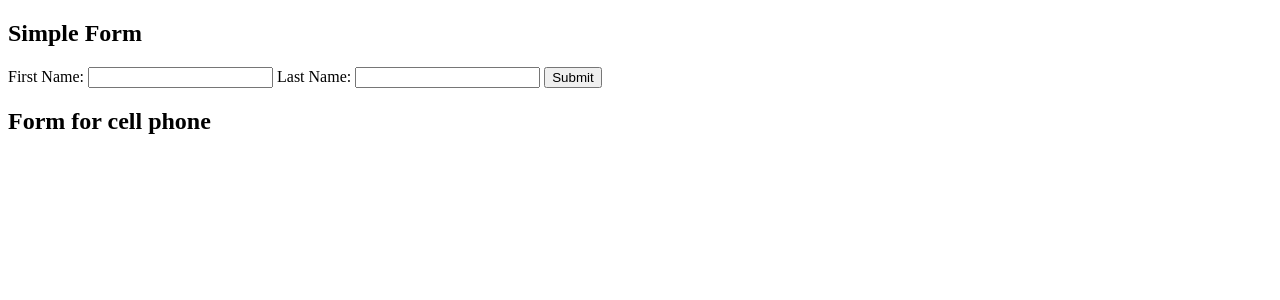
Repository: TheTroyPhillips/Block14
Page: Coursework/Block10/index.html
The author's editor kept a copy of each file at every save. The page is drawn from the files as they stood at one save, then again after a run of saves.
The browser window is 1280 px wide. The pictures show the whole page.

Above is the page before, as saved 2023-09-07 19:19:56.

### Coursework/Block10/index.html
<!DOCTYPE html>
<html lang="en">
<head>
    <meta charset="UTF-8">
    <meta name="viewport" content="width=device-width, initial-scale=1.0">
    <title>Document</title>
</head>
<body>
    <article>
        <h2>Simple Form</h2>
        <form>
            <label for="fmane">First Name: </label>
            <input type="text" id="fname" name="fname">
            <label for="lmane">Last Name: </label>
            <input type="text" id="lname" name="lname">
            <input type="submit">

        </form>
    </article>
    <article>
        <h2>Form for cell phone</h2>
    </article>
</body>
</html>

After the next 4 saves:
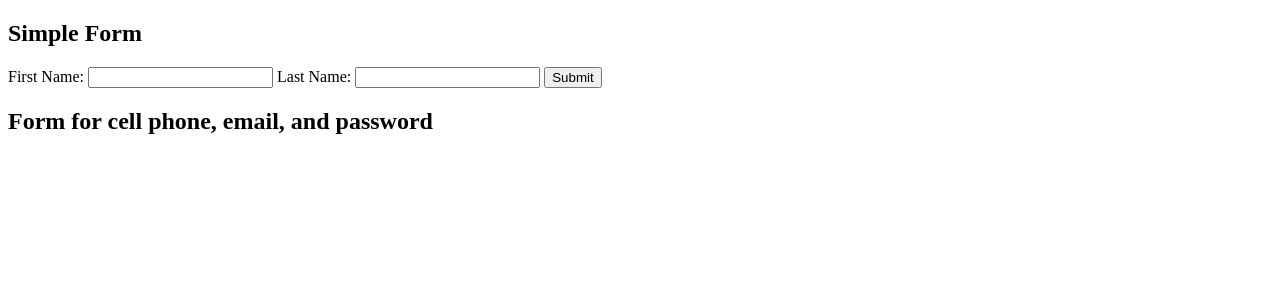
The 4 saves are shown as one change because they came seconds apart.
The last was saved 12 s later.
--- a/Coursework/Block10/index.html
+++ b/Coursework/Block10/index.html
@@ -18,7 +18,8 @@
         </form>
     </article>
     <article>
-        <h2>Form for cell phone</h2>
+        <h2>Form for cell phone, email, and password</h2>
+        <form action=""></form>
     </article>
 </body>
 </html>
